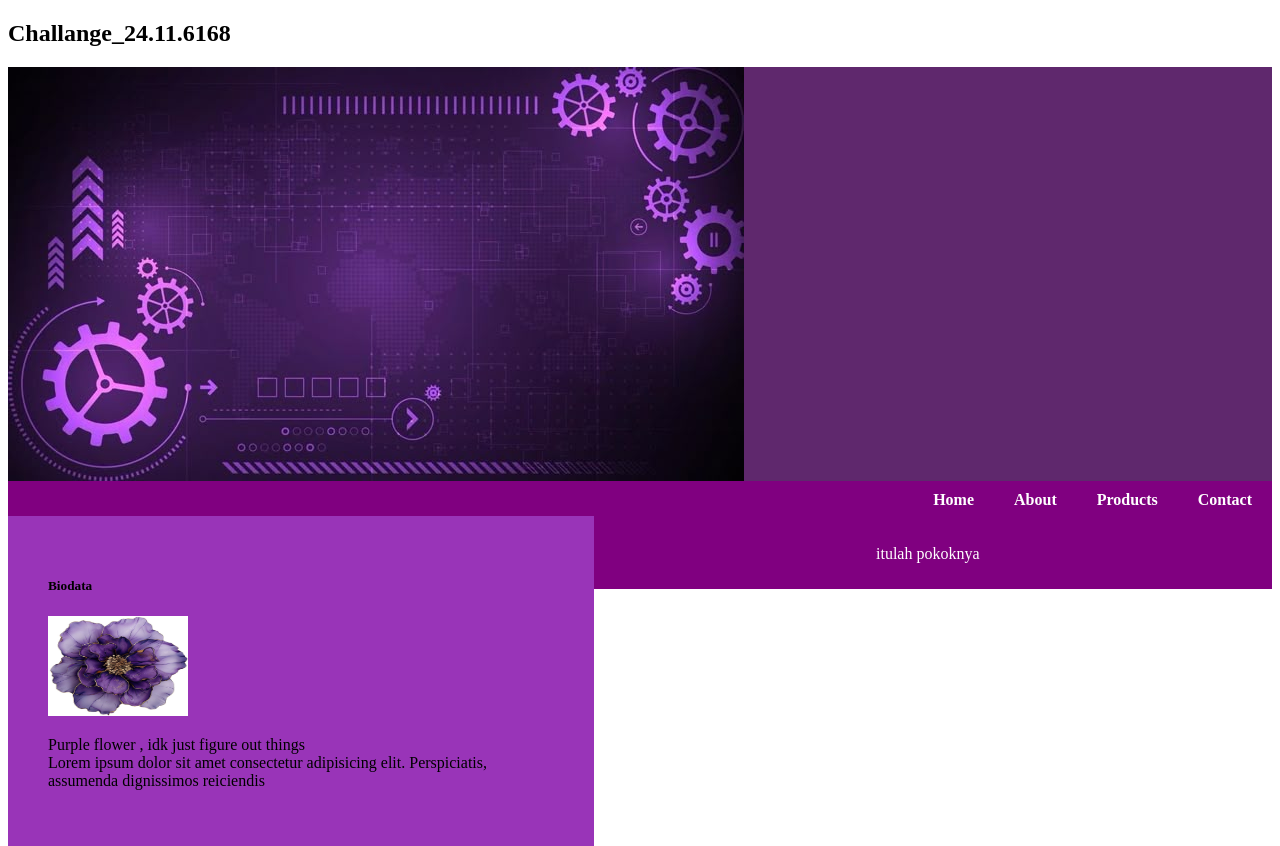
Repository: Ms-Ulfiyahrustam/p5_pemogramanweb
Page: index.html
The author's editor kept a copy of each file at every save. The page is drawn from the files as they stood at one save, then again after the next save.
The browser window is 1280 px wide. The pictures show the whole page.

Above is the page before, as saved 2026-04-27 09:44:56.

### index.html
<!DOCTYPE html>
<html lang="en">
<head>
    <meta charset="UTF-8">
    <meta name="viewport" content="width=device-width, initial-scale=1.0">
    <link rel="stylesheet" href="style.css">
    <title>Document</title>
</head>
<body class="">
    <h2>Challange_24.11.6168</h2>
    <div class="flex-container">
        <img src="download.jpg" alt="">
    </div>
    <div class="leftside">
        <h5>Biodata</h5>
        <img src="purple.jpg" alt="" width="140" height="100" >
        <p>Purple flower , idk just figure out things <br>
            Lorem ipsum dolor sit amet consectetur adipisicing elit. Perspiciatis, assumenda dignissimos reiciendis  <br>
        </p>
    </div>
    <div class="midplace">
<nav class="menu">
  <ul>
    <li><a href="#">Home</a></li>
    <li><a href="#">About</a></li>
    <li><a href="#">Products</a></li>
    <li><a href="#">Contact</a></li>
  </ul>
</nav>
        </div>


        <footer class="footer">
            <p>itulah pokoknya</p>
        </footer>
</body>
</html>

### style.css


.flex-container{
    display: flex;
    background-color: rgb(95, 40, 109);
    margin: auto;
}

.leftside{

    float:left;
    background-color: rgb(153, 52, 184);
    margin-top: 35px;
    width:40%;
    height: 40%;
    padding: 40px;


}

leftside img{
    justify-content: center;
}

.rightside{

}

.midplace{
    background-color: purple;
    color: azure;

}

.menu {
  background-color: purple;
  padding: 10px 0;
}

.menu ul {
  display: flex;
  justify-content: right;
  list-style: none;
  margin: 0;
  padding: 0;
}

.menu li {
  margin: 0 20px;
}

.menu a {
  text-decoration: none;
  color: white;
  font-weight: bold;
}

.footer {
    background-color :purple;
    padding: 10px;
    text-align: center;
    color : white;
}

After the next save:
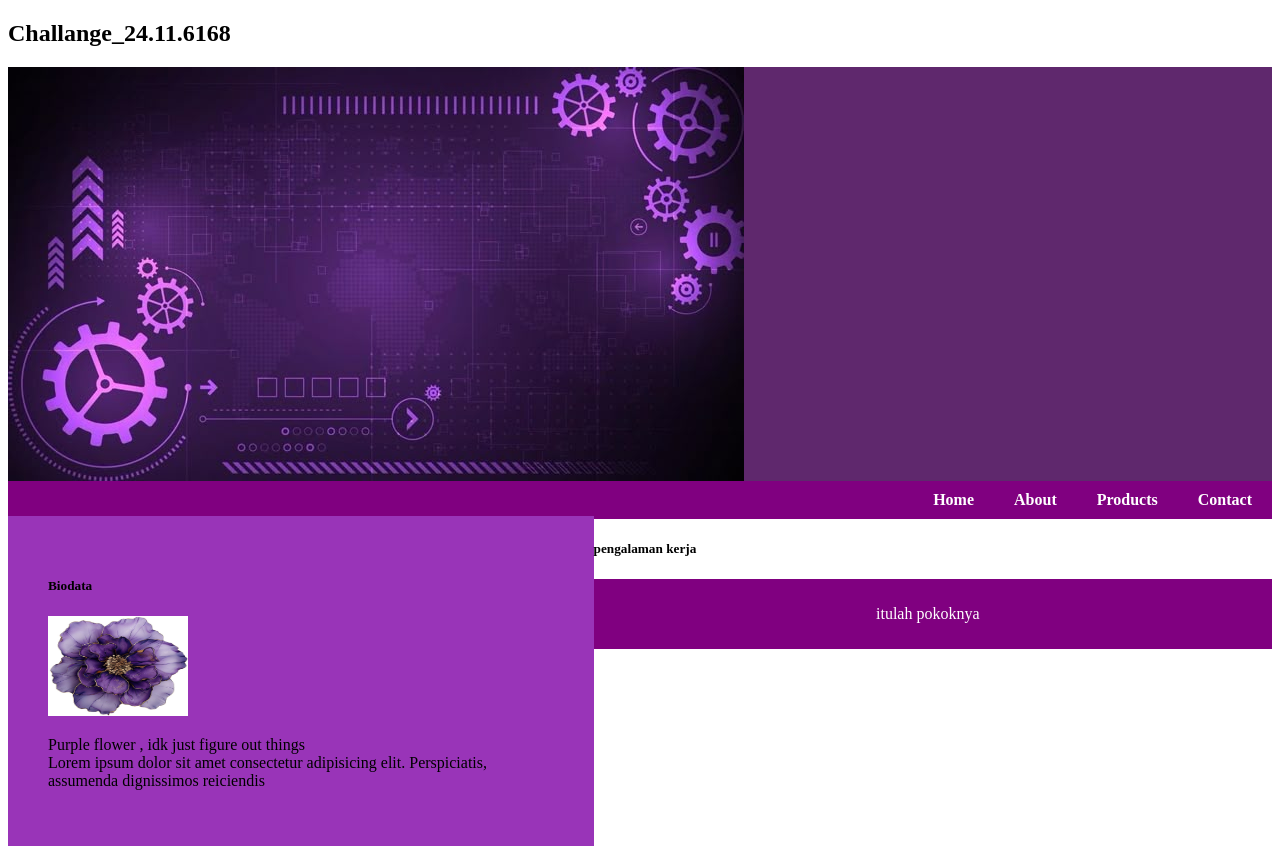
Saved 3 min 21 s later.
--- a/index.html
+++ b/index.html
@@ -29,6 +29,10 @@
 </nav>
         </div>
 
+        <div class="rightside">
+            <h5>pengalaman kerja</h5>
+        </div>
+
 
         <footer class="footer">
             <p>itulah pokoknya</p>
